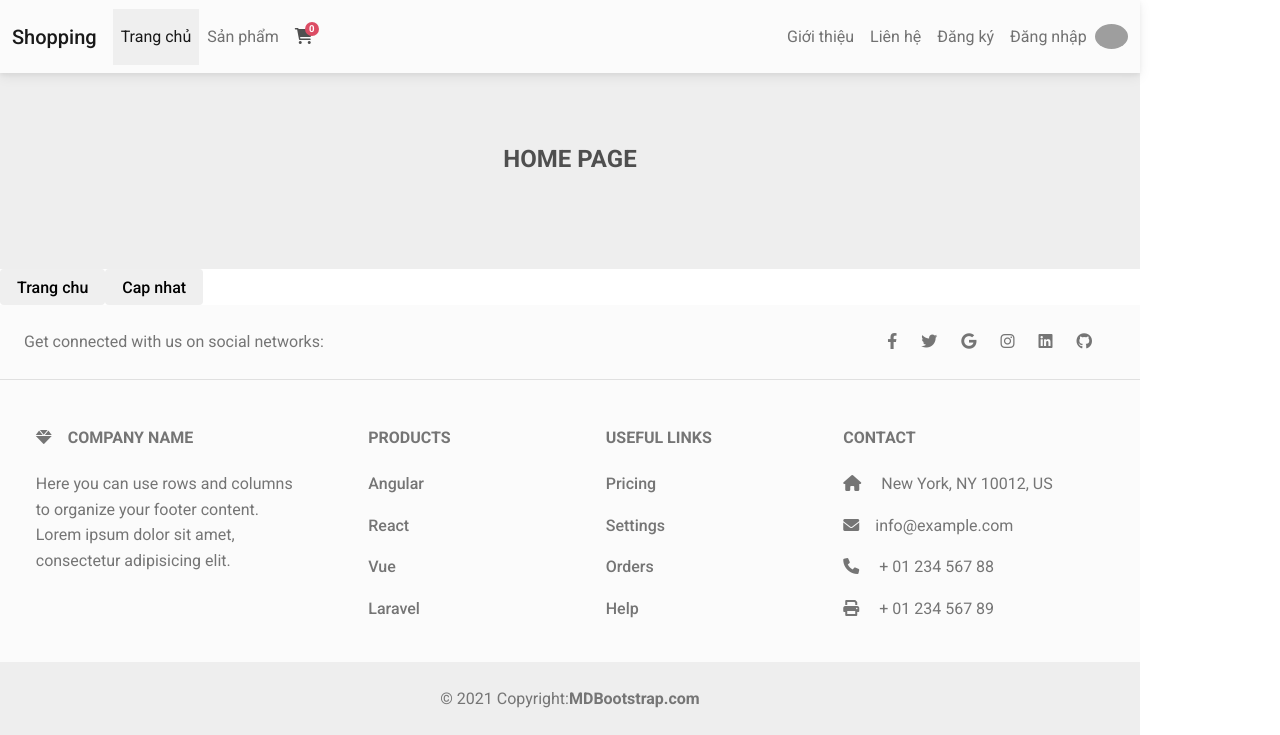
Repository: TinhTT336/MD02_Session10
Page: /
The author's editor kept a copy of each file at every save. The page is drawn from the files as they stood at one save, then again after the next save.
The browser window is 1280 px wide. The pictures show the whole page.
Pictures or frames that could not be fetched are drawn as grey boxes. Some web libraries are served in a nearby version. The project was rebuilt for these pictures with package versions that can differ from the ones it lists, and the page was loaded fresh each time. Also part of the build but not shown: vite.config.js, src/common/formatMoney.js, src/actions/cartActions.js, src/pages/ListProduct.jsx, src/pages/Cart.jsx, src/components/base/backtop/backtop.css, src/components/base/backtop/BackToTop.jsx, src/pages/About.jsx and 4 more.

Above is the page before, as saved 2023-09-08 14:37:25.

### index.html
<!DOCTYPE html>
<html lang="en">
  <head>
    <meta charset="UTF-8" />
    <link rel="icon" type="image/svg+xml" href="/vite.svg" />
    <meta name="viewport" content="width=device-width, initial-scale=1.0" />
    <title>Vite + React</title>
    <!-- Font Awesome -->
    <link
      href="https://cdnjs.cloudflare.com/ajax/libs/font-awesome/6.0.0/css/all.min.css"
      rel="stylesheet"
    />
    <!-- Google Fonts -->
    <link
      href="https://fonts.googleapis.com/css?family=Roboto:300,400,500,700&display=swap"
      rel="stylesheet"
    />
    <!-- MDB -->
    <link
      href="https://cdnjs.cloudflare.com/ajax/libs/mdb-ui-kit/6.4.1/mdb.min.css"
      rel="stylesheet"
    />
  </head>
  <body>
    <div id="root"></div>
    <script type="module" src="/src/main.jsx"></script>
    <script
      type="text/javascript"
      src="https://cdnjs.cloudflare.com/ajax/libs/mdb-ui-kit/6.4.1/mdb.min.js"
    ></script>
  </body>
</html>

### src/main.jsx
import React from 'react'
import ReactDOM from 'react-dom/client'
import App from './App.jsx'
import './index.css'
import { BrowserRouter } from 'react-router-dom'
import { Provider } from 'react-redux'
import { createStore } from 'redux'
import { reducer } from './reducers/index.js'

const store = createStore(reducer)
ReactDOM.createRoot(document.getElementById('root')).render(
  <React.StrictMode>
    <BrowserRouter>
      <Provider store={store}>
        <App />
      </Provider>
    </BrowserRouter>
  </React.StrictMode>,
)

### src/App.jsx

import { Route, Routes, useLocation } from 'react-router-dom'
import './App.css'
import Home from './pages/Home'
import ListProduct from './pages/ListProduct'
import Cart from './pages/Cart'
import About from './pages/About'
import Contact from './pages/Contact'
import Register from './pages/Register'
import Login from './pages/Login'
import ProductDetail from './pages/ProductDetail'
import { useEffect } from 'react'

function App() {
  const location = useLocation();
  useEffect(() => {
    window.scrollTo({ top: 0, behavior: "smooth" });
  }, [location.pathname])
  return (
    <>
      <Routes>
        <Route path='/' element={<Home />}></Route>
        <Route path='/list-product' element={<ListProduct />}></Route>
        <Route path='/product/:id' element={<ProductDetail />}></Route>
        <Route path='/cart' element={<Cart />}></Route>
        <Route path='/about' element={<About />}></Route>
        <Route path='/contact' element={<Contact />}></Route>
        <Route path='/register' element={<Register />}></Route>
        <Route path='/login' element={<Login />}></Route>
        <Route path='/product-detail' element={<ProductDetail />}></Route>
      </Routes>
    </>
  )
}

export default App

### src/reducers/index.js
import { combineReducers } from "redux";
import { listProduct } from "./listProduct";
import { listCart } from "./listCart";

export const reducer = combineReducers({ listProduct, listCart });

### src/App.css
* {
  margin: 0;
  padding: 0;
  box-sizing: border-box;
}
.active {
  background-color: #efefef;
}
body {
  max-width: 90%;
  margin: 0 auto;
}

.nav-item .nav-link {
  padding: 15px;
}

.fa-cart-shopping {
  position: relative;
}

.fa-cart-shopping + span {
  position: absolute;
  top: -10px;
  right: -10px;
  background-color: red;
  color: white;
  border-radius: 50%;
  padding: 5px 10px;
}

### src/pages/Home.jsx
import React from 'react'
import Navbar from '../layouts/Navbar'
import Footer from '../layouts/Footer'
import Button from '../components/base/button/Button'

export default function Home() {
    return (
        <div>
            <Navbar />
            <section style={{ backgroundColor: "#eee" }}>
                <div className="text-center container py-5">
                    <h4 className="mt-4 mb-5">
                        <strong>HOME PAGE</strong>
                    </h4>
                </div>
            </section>
            <Button title={"Trang chu"} size={100} />
            <Button title={"Cap nhat"} size={100} />
            <Footer />
        </div>
    )
}

### src/reducers/listProduct.js
import products from "../data/products.json";
export const listProduct = (state = products, action) => {
  return state;
};

### src/reducers/listCart.js
import {
  ACT_ADD_CART,
  ACT_DECREASE,
  ACT_DELETE,
  ACT_INCREASE,
} from "../contrains/actionTypes";

const initialState = JSON.parse(localStorage.getItem("carts")) || [];
const saveDataLocal = (arr) => {
  localStorage.setItem("carts", JSON.stringify(arr));
};

/**
 * ham lay ra vi tri cua product trong listProduct
 * @param {*} id id can kiem tra
 * @param {*} arr mang can kiem tra
 * @returns neu tim thay ban ghi thi tra ra vi tri, neu khong tra ra -1
 * Author: TinhTT(08/09/2023)
 */
const findIndexProduct = (id, arr) => {
  const productIndex = arr.findIndex((p) => p.product_id === id);
  return productIndex;
};
export const listCart = (state = initialState, action) => {
  switch (action.type) {
    case ACT_ADD_CART:
      //b1:clone mang cu
      const newCarts = [...state];
      // vi tri can lay
      const indexProduct = findIndexProduct(
        action.payload.product_id,
        newCarts
      );
      // b2: kiem tra san pham da ton tai torng gio hang chua?
      if (indexProduct !== -1) {
        // neu da ton tai thi tang so luong
        newCarts[indexProduct].quantity += 1;
        // b3: luu giu lieu len local
        saveDataLocal(newCarts);
        // b4: return mang moi
        return newCarts;
      } else {
        // neu chua thi them vao gio hang
        const newAddCarts = [...state, { ...action.payload, quantity: 1 }];
        // b3: luu giu lieu len local
        saveDataLocal(newAddCarts);
        // b4: return mang moi
        return newAddCarts;
      }
    case ACT_DECREASE:
      // clone ra mang moi
      const newArr = [...state];
      // tim vi tri san pham
      const indexProductDecrease = findIndexProduct(action.payload, newArr);
      // neu so luong sp lon hon 0 thi giam di
      if (newArr[indexProductDecrease].quantity > 1) {
        newArr[indexProductDecrease].quantity -= 1;
        saveDataLocal(newArr);
        return newArr;
      } else {
        // neu so luong bang 0 thi clear khoi gio hang
        //cach 1:
        // newArr.splice(indexProductDecrease, 1);
        // saveDataLocal(newArr);
        // return newArr;

        // cach 2:
        const productFilter = newArr.filter(
          (p) => p.product_id !== action.payload
        );
        saveDataLocal(productFilter);
        return productFilter;
      }
    case ACT_INCREASE:
      // tim vi tri san pham
      const indexProductIncrease = findIndexProduct(action.payload, state);
      // clone ra mang moi
      const newArrIncrease = [...state];
      newArrIncrease[indexProductIncrease].quantity += 1;
      saveDataLocal(newArrIncrease);
      return newArrIncrease;
    case ACT_DELETE:
      // clone ra mang moi
      const newArrDelete = [...state];
      // loc ra cac san pham co id khac voi id cua sp can xoa
      const newArrAfterDelete = newArrDelete.filter(
        (p) => p.product_id !== action.payload
      );
      // luu giu lieu len local
      saveDataLocal(newArrAfterDelete);
      // return mang moi
      return newArrAfterDelete;
    default:
      return state;
  }
};

### src/layouts/Navbar.jsx
import React from 'react'
import { useSelector } from 'react-redux'
import { Link, NavLink } from 'react-router-dom'

export default function Navbar() {
    const carts = useSelector(cart => cart.listCart);
    return (
        <div>
            <>
                {/* Navbar start */}
                {/* Navbar */}
                <nav className="navbar navbar-expand-lg navbar-light bg-light">
                    {/* Container wrapper */}
                    <div className="container-fluid">
                        {/* Toggle button */}
                        <button
                            className="navbar-toggler"
                            type="button"
                            data-mdb-toggle="collapse"
                            data-mdb-target="#navbarSupportedContent"
                            aria-controls="navbarSupportedContent"
                            aria-expanded="false"
                            aria-label="Toggle navigation"
                        >
                            <i className="fas fa-bars" />
                        </button>
                        {/* Collapsible wrapper */}
                        <div className="collapse navbar-collapse" id="navbarSupportedContent">
                            {/* Navbar brand */}
                            <a className="navbar-brand mt-2 mt-lg-0" >
                                {" "}
                                Shopping{" "}
                            </a>
                            {/* Left links */}
                            <ul className="navbar-nav me-auto mb-2 mb-lg-0">
                                <li className="nav-item">
                                    <NavLink to={"/"} className="nav-link" >
                                        Trang chủ
                                    </NavLink>
                                </li>
                                <li className="nav-item">
                                    <NavLink to={"/list-product"} className="nav-link" >
                                        Sản phẩm
                                    </NavLink>
                                </li>
                                <li className="nav-item">
                                    {/* Icon */}
                                    <Link to={"/cart"} className="text-reset me-3 nav-link" >
                                        <i className="fas fa-shopping-cart" />
                                        <span className="badge rounded-pill badge-notification bg-danger">
                                            {carts.length}
                                        </span>
                                    </Link>
                                </li>
                            </ul>
                            {/* Left links */}
                        </div>
                        {/* Collapsible wrapper */}
                        {/* Right elements */}
                        <div className="d-flex align-items-center">
                            <ul className="navbar-nav me-auto mb-2 mb-lg-0">
                                <li className="nav-item">
                                    <NavLink to={"/about"} className="nav-link" >
                                        Giới thiệu
                                    </NavLink>
                                </li>
                                <li className="nav-item">
                                    <NavLink to={"/contact"} className="nav-link" >
                                        Liên hệ
                                    </NavLink>
                                </li>
                                <li className="nav-item">
                                    <NavLink to={"/register"} className="nav-link" >
                                        Đăng ký
                                    </NavLink>
                                </li>
                                <li className="nav-item">
                                    <NavLink to={"/login"} className="nav-link" >
                                        Đăng nhập
                                    </NavLink>
                                </li>
                            </ul>
                            {/* Avatar */}
                            <div className="dropdown">
                                <a
                                    className="dropdown-toggle d-flex align-items-center hidden-arrow"

                                    id="navbarDropdownMenuAvatar"
                                    role="button"
                                    data-mdb-toggle="dropdown"
                                    aria-expanded="false"
                                >
                                    <img
                                        src="https://mdbcdn.b-cdn.net/img/new/avatars/2.webp"
                                        className="rounded-circle"
                                        height={25}
                                        alt="Black and White Portrait of a Man"
                                        loading="lazy"
                                    />
                                </a>
                                <ul
                                    className="dropdown-menu dropdown-menu-end"
                                    aria-labelledby="navbarDropdownMenuAvatar"
                                >
                                    <li>
                                        <a className="dropdown-item" >
                                            My profile
                                        </a>
                                    </li>
                                    <li>
                                        <a className="dropdown-item" >
                                            Settings
                                        </a>
                                    </li>
                                    <li>
                                        <a className="dropdown-item" >
                                            Logout
                                        </a>
                                    </li>
                                </ul>
                            </div>
                        </div>
                        {/* Right elements */}
                    </div>
                    {/* Container wrapper */}
                </nav>
                {/* Navbar end */}
            </>

        </div>
    )
}

### src/layouts/Footer.jsx
import React from 'react'

export default function Footer() {
    return (
        <>
            <>
                {/* Footer start */}
                {/* Footer */}
                <footer className="text-center text-lg-start bg-light text-muted">
                    {/* Section: Social media */}
                    <section className="d-flex justify-content-center justify-content-lg-between p-4 border-bottom">
                        {/* Left */}
                        <div className="me-5 d-none d-lg-block">
                            <span>Get connected with us on social networks:</span>
                        </div>
                        {/* Left */}
                        {/* Right */}
                        <div>
                            <a href="" className="me-4 text-reset">
                                <i className="fab fa-facebook-f" />
                            </a>
                            <a href="" className="me-4 text-reset">
                                <i className="fab fa-twitter" />
                            </a>
                            <a href="" className="me-4 text-reset">
                                <i className="fab fa-google" />
                            </a>
                            <a href="" className="me-4 text-reset">
                                <i className="fab fa-instagram" />
                            </a>
                            <a href="" className="me-4 text-reset">
                                <i className="fab fa-linkedin" />
                            </a>
                            <a href="" className="me-4 text-reset">
                                <i className="fab fa-github" />
                            </a>
                        </div>
                        {/* Right */}
                    </section>
                    {/* Section: Social media */}
                    {/* Section: Links  */}
                    <section className="">
                        <div className="container text-center text-md-start mt-5">
                            {/* Grid row */}
                            <div className="row mt-3">
                                {/* Grid column */}
                                <div className="col-md-3 col-lg-4 col-xl-3 mx-auto mb-4">
                                    {/* Content */}
                                    <h6 className="text-uppercase fw-bold mb-4">
                                        <i className="fas fa-gem me-3" />
                                        Company name
                                    </h6>
                                    <p>
                                        Here you can use rows and columns to organize your footer content.
                                        Lorem ipsum dolor sit amet, consectetur adipisicing elit.
                                    </p>
                                </div>
                                {/* Grid column */}
                                {/* Grid column */}
                                <div className="col-md-2 col-lg-2 col-xl-2 mx-auto mb-4">
                                    {/* Links */}
                                    <h6 className="text-uppercase fw-bold mb-4">Products</h6>
                                    <p>
                                        <a href="#!" className="text-reset">
                                            Angular
                                        </a>
                                    </p>
                                    <p>
                                        <a href="#!" className="text-reset">
                                            React
                                        </a>
                                    </p>
                                    <p>
                                        <a href="#!" className="text-reset">
                                            Vue
                                        </a>
                                    </p>
                                    <p>
                                        <a href="#!" className="text-reset">
                                            Laravel
                                        </a>
                                    </p>
                                </div>
                                {/* Grid column */}
                                {/* Grid column */}
                                <div className="col-md-3 col-lg-2 col-xl-2 mx-auto mb-4">
                                    {/* Links */}
                                    <h6 className="text-uppercase fw-bold mb-4">Useful links</h6>
                                    <p>
                                        <a href="#!" className="text-reset">
                                            Pricing
                                        </a>
                                    </p>
                                    <p>
                                        <a href="#!" className="text-reset">
                                            Settings
                                        </a>
                                    </p>
                                    <p>
                                        <a href="#!" className="text-reset">
                                            Orders
                                        </a>
                                    </p>
                                    <p>
                                        <a href="#!" className="text-reset">
                                            Help
                                        </a>
                                    </p>
                                </div>
                                {/* Grid column */}
                                {/* Grid column */}
                                <div className="col-md-4 col-lg-3 col-xl-3 mx-auto mb-md-0 mb-4">
                                    {/* Links */}
                                    <h6 className="text-uppercase fw-bold mb-4">Contact</h6>
                                    <p>
                                        <i className="fas fa-home me-3" /> New York, NY 10012, US
                                    </p>
                                    <p>
                                        <i className="fas fa-envelope me-3" />
                                        info@example.com
                                    </p>
                                    <p>
                                        <i className="fas fa-phone me-3" /> + 01 234 567 88
                                    </p>
                                    <p>
                                        <i className="fas fa-print me-3" /> + 01 234 567 89
                                    </p>
                                </div>
                                {/* Grid column */}
                            </div>
                            {/* Grid row */}
                        </div>
                    </section>
                    {/* Section: Links  */}
                    {/* Copyright */}
                    <div
                        className="text-center p-4"
                        style={{ backgroundColor: "rgba(0, 0, 0, 0.05)" }}
                    >
                        © 2021 Copyright:
                        <a className="text-reset fw-bold" href="https://mdbootstrap.com/">
                            MDBootstrap.com
                        </a>
                    </div>
                    {/* Copyright */}
                </footer>
                {/* Footer */}
                {/* Footer end */}
            </>

        </ >
    )
}

### src/components/base/button/Button.jsx
import React from 'react';
import "./button.css";

export default function Button({ title, size }) {
    return (
        <>
            <button className='t-button'>
                {title}
            </button>
        </>
    )
}

### src/contrains/actionTypes.js
export const ACT_ADD_CART = "add";
export const ACT_DECREASE = "decrease";
export const ACT_INCREASE = "increase";
export const ACT_DELETE = "delete";

### src/components/base/button/button.css
.t-button {
  height: 36px;
  border: 1px solid transparent;
  border-radius: 4px;
  padding: 0 16px;
  min-width: 80px;
  /* line-height: 36px; */
  cursor: pointer;
  background-color: #efefef;
}
.t-button:hover {
  background-color: #868686;
  color: #fff;
}

Loaded but not shown: src/index.css (common file); src/data/products.json (44 lines, source omitted)

After the next save:
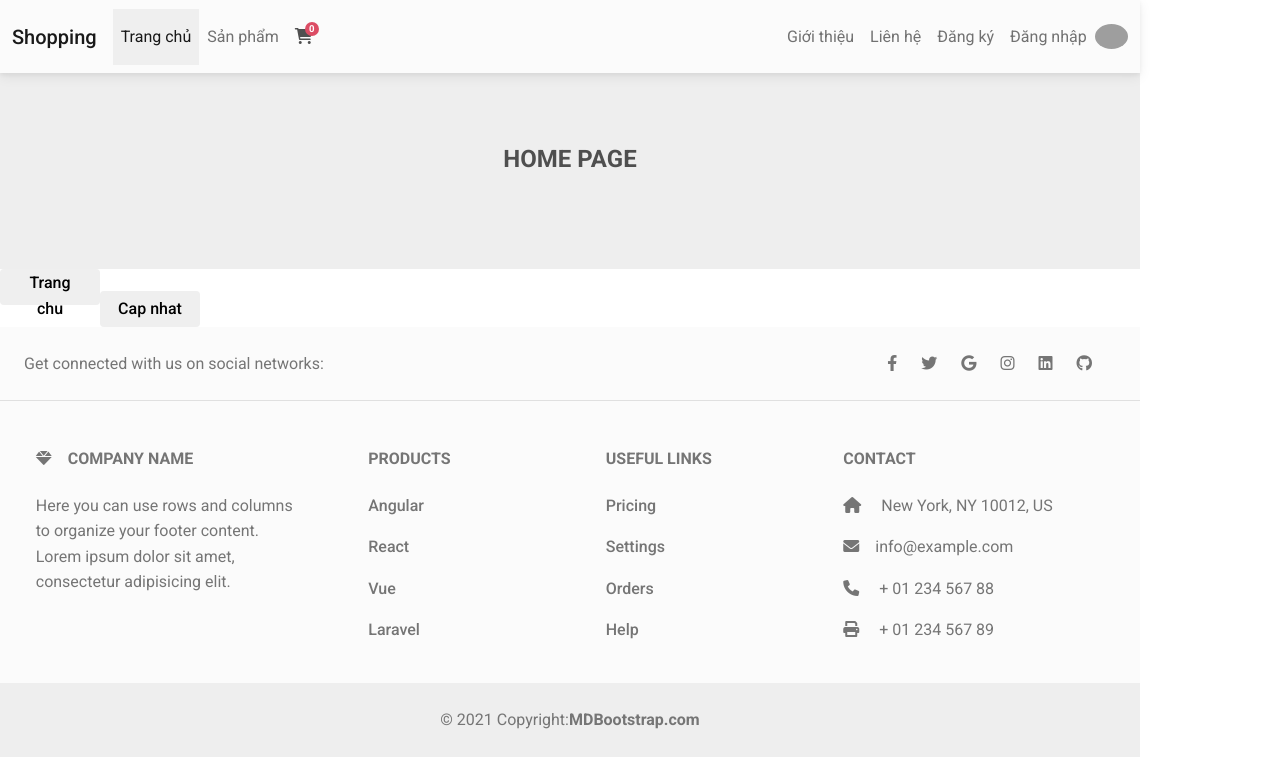
Saved 86 s later.
--- a/src/components/base/button/Button.jsx
+++ b/src/components/base/button/Button.jsx
@@ -2,9 +2,12 @@ import React from 'react';
 import "./button.css";
 
 export default function Button({ title, size }) {
+    const style = {
+        width: size,
+    }
     return (
         <>
-            <button className='t-button'>
+            <button style={style} className='t-button'>
                 {title}
             </button>
         </>
